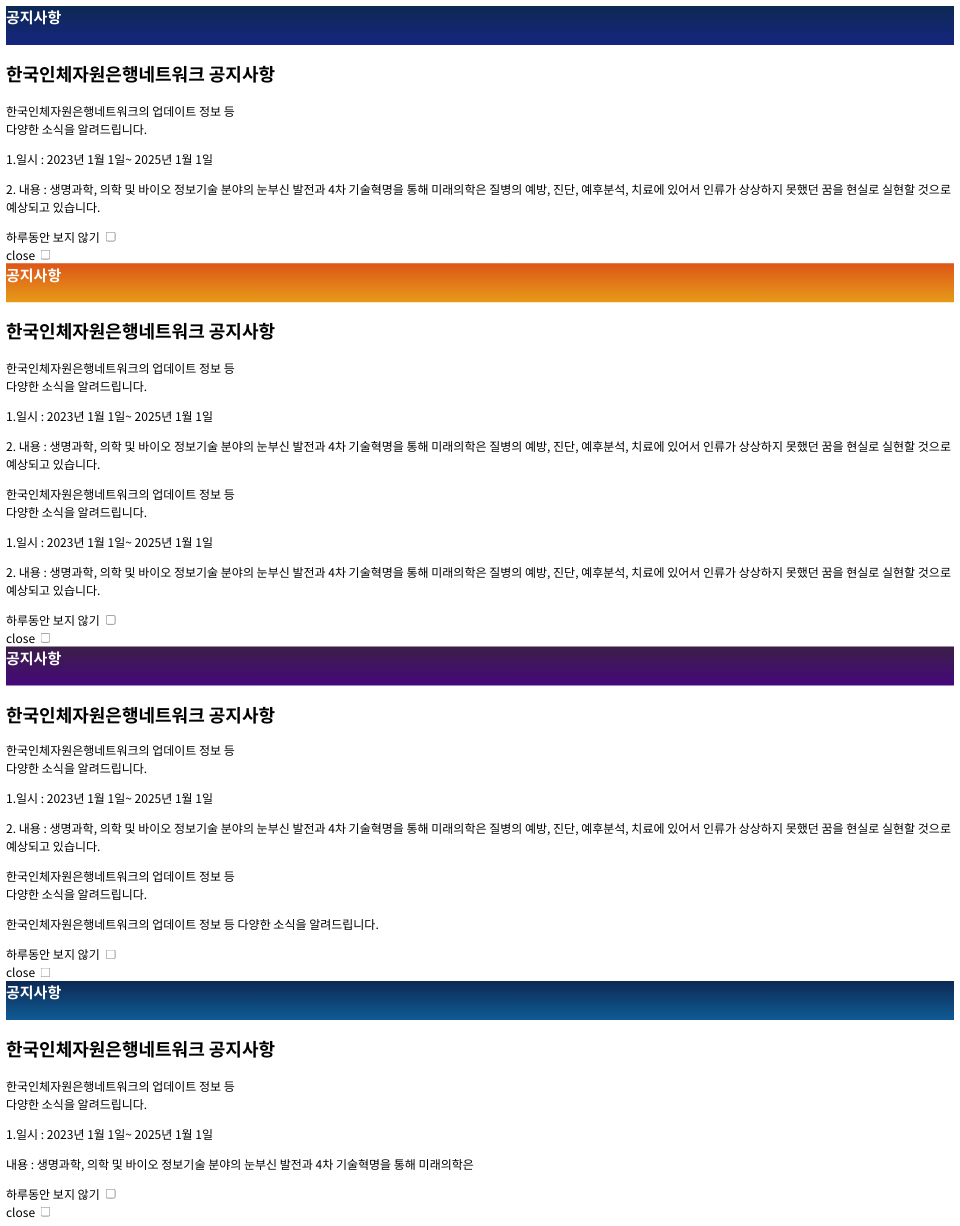
Repository: dlgywls1130/common_popup
Page: img/index.html
An editor plug-in stored every save of this project. The page is shown before and after the next save, followed by the edit.
The browser window is 1280 px wide. The pictures show the whole page, at 75% of full size.

Above is the page before, as saved 2023-10-25 23:43:00.

After the next save:
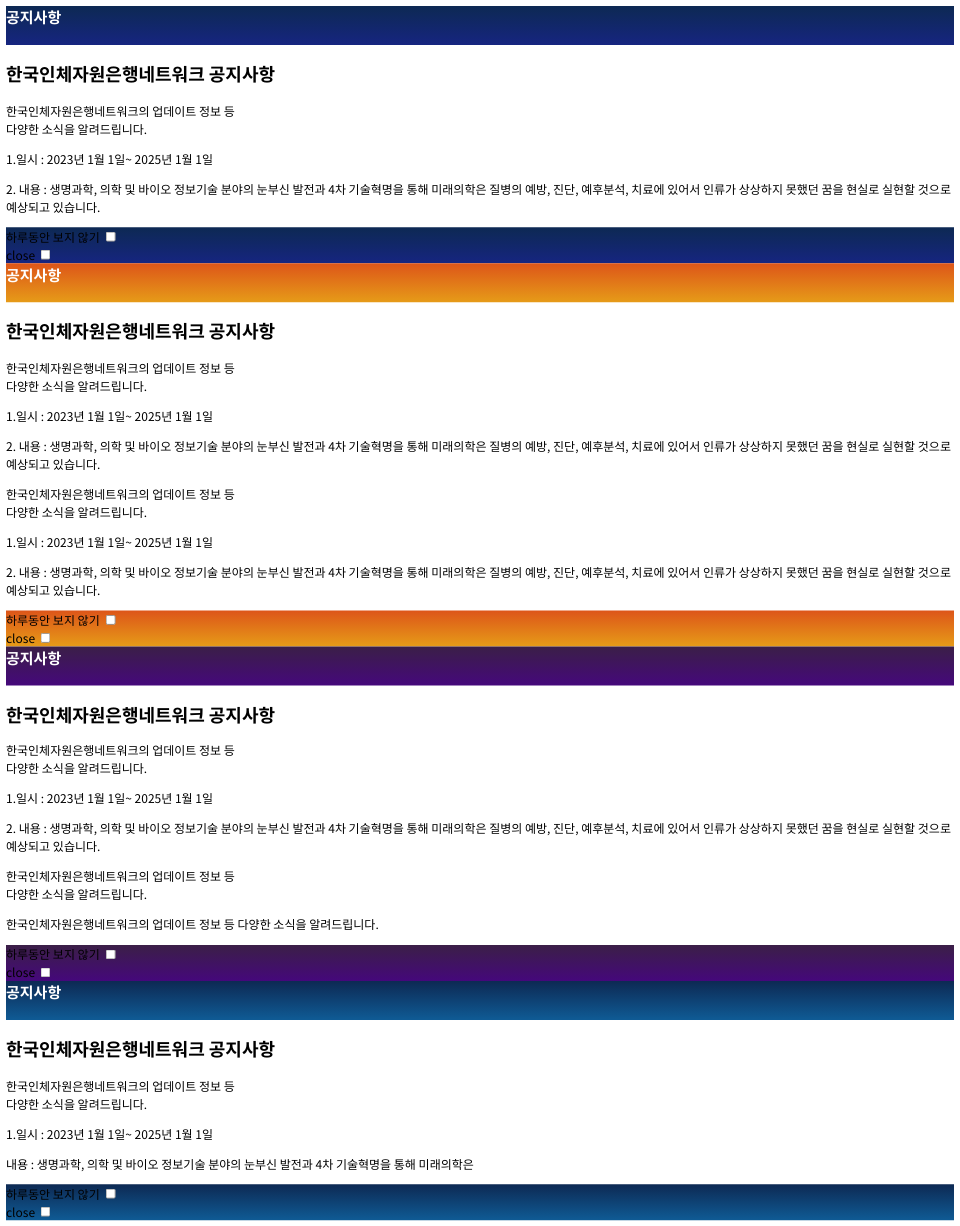
Saved 45 s later.
--- a/img/style.css
+++ b/img/style.css
@@ -17,18 +17,26 @@
     font-weight: 700;
 }
 
-.common_modal.blue .common_head{
+.common_modal.blue .common_head,
+.common_modal.blue .common_footer
+{
     background: linear-gradient(180deg, rgba(13,41,83,1) 0%, rgba(22,37,128,1) 100%);
 }
 
-.common_modal.orange .common_head{
+.common_modal.orange .common_head,
+.common_modal.orange .common_footer
+{
     background: linear-gradient(180deg, rgba(221,85,25,1) 0%, rgba(230,155,24,1) 100%);
 }
 
-.common_modal.purple .common_head{
+.common_modal.purple .common_head,
+.common_modal.purple .common_footer
+{
     background: linear-gradient(180deg, rgba(59,31,71,1) 0%, rgba(69,8,123,1) 100%);
 }
 
-.common_modal.sky .common_head{
+.common_modal.sky .common_head,
+.common_modal.sky .common_footer
+{
     background: linear-gradient(180deg, rgba(13,41,83,1) 0%, rgba(15,91,149,1) 100%);
 }
